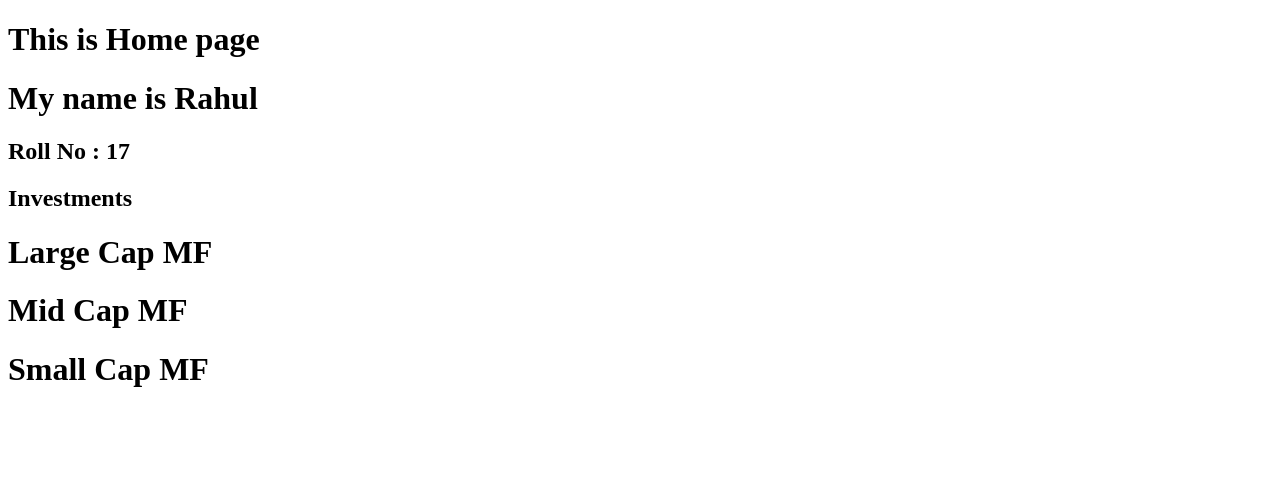
Repository: romeodmello17/springmvc
Page: http://localhost/firstmvc/home
An editor plug-in stored every save of this project. The page is shown before and after the next save, followed by the edit.
The browser window is 1280 px wide. The pictures show the whole page.
The page is served by Tomcat 9.

Above is the page before, as saved 2025-04-10 23:45:03.

After the next save:
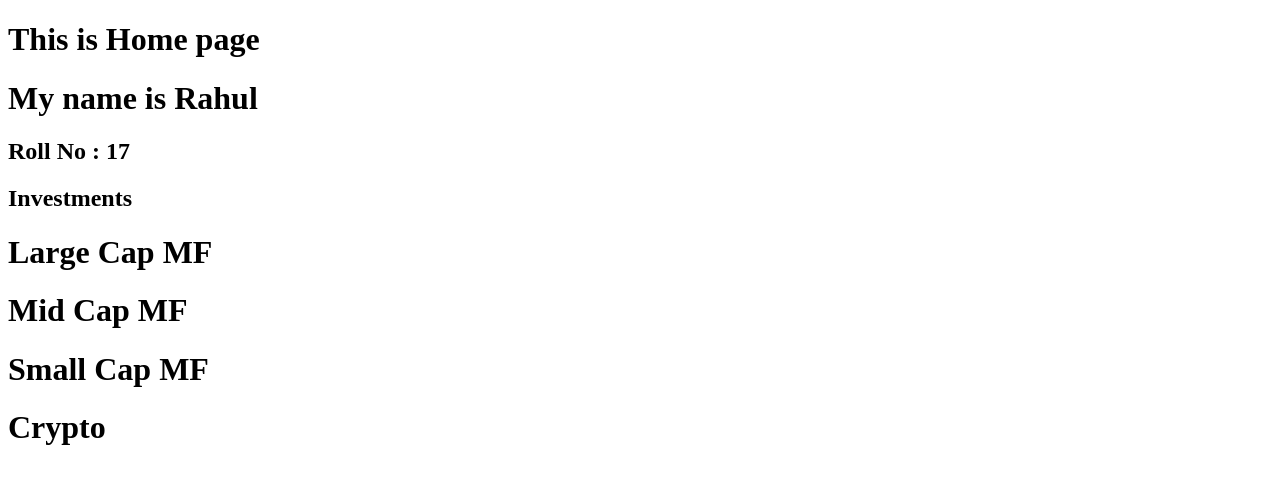
Saved 53 s later.
--- a/firstmvc/src/main/java/firstmvc/springmvc/controller/HelloController.java
+++ b/firstmvc/src/main/java/firstmvc/springmvc/controller/HelloController.java
@@ -24,6 +24,7 @@ public class HelloController {
 		stocks.add("Large Cap MF");
 		stocks.add("Mid Cap MF");
 		stocks.add("Small Cap MF");
+		stocks.add("Crypto");
 
 		model.addAttribute("s",stocks);
 
